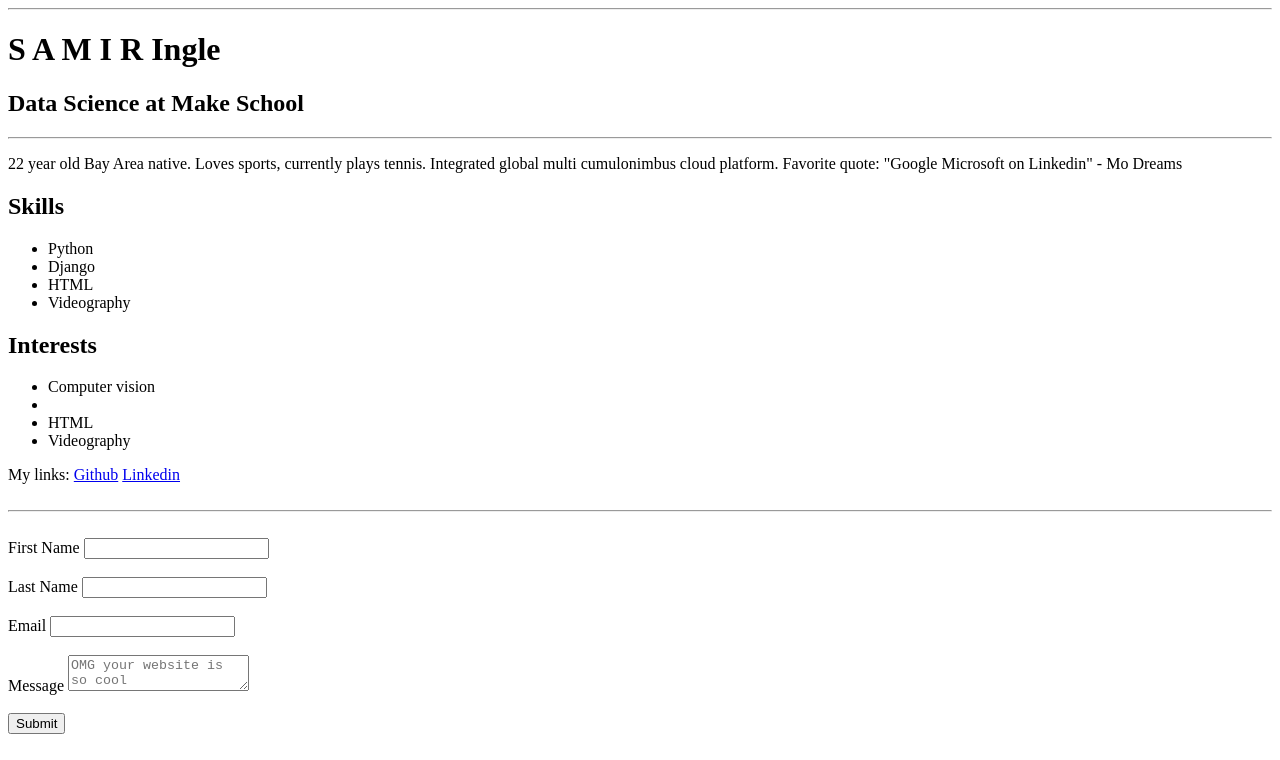
Repository: SamirIngley/html-semantic
Page: index.html
These files come from the project's save history. The page is drawn as it stood at one moment and after the next save; the edit follows.
The browser window is 1280 px wide. The pictures show the whole page.

Above is the page before, as saved 2020-01-22 23:28:16.

### index.html
<!-- Name and Tag Line
List of your skills
About you section
Short but not too short. Tells us what you want us to know about you.
Can include your education and other experience
Include a picture (mark this up with the figure tag)
Online presence, include links to:
LinkedIn
GitHub
Other social media Instagram, FB, etc.'  -->

<!--
article, section
nav, main
footer, header *
h1-6, hgroup
ul, li -->

<!--
<header> - Defines a header for a document or a section
<nav> - Defines a container for navigation links
<section> - Defines a section in a document
<article> - Defines an independent self-contained article
<aside> - Defines content aside from the content (like a sidebar)
<footer> - Defines a footer for a document or a section
<details> - Defines additional details
<summary> - Defines a heading for the <details> element

header -> navbar, main, footer-->


<!DOCTYPE html>
<html>
    <head>
        <title>SAMIR</title>
    </head>
    <body>
        <header>
            <nav>

            </nav>

        </header>

        <main>

        </main>

        <hr>
        <h1>S A M I R Ingle</h1>
        <h2><b>Data Science</b> at Make School</h2>
        <hr>

        <article>
            <p>
            22 year old Bay Area native.

            Loves sports, currently plays tennis.


            Integrated global multi cumulonimbus cloud platform.

            Favorite quote:
            "Google Microsoft on Linkedin"
            - Mo Dreams

            </p>
        </article>

        <article>
            <h2>Skills</h2>
            <ul>
                <li>Python</li>
                <li>Django</li>
                <li>HTML</li>
                <li>Videography</li>
            </ul>
        </article>

        <article>
            <h2>Interests</h2>
            <ul>
                <li>Computer vision</li>
                <li></li>
                <li>HTML</li>
                <li>Videography</li>
            </ul>
        </article>

        <footer>
            My links:
            <a href="https://github.com/SamirIngley" target="_blank">Github</a>
            <a href="https://www.linkedin.com/in/samiringle/" target="_blank">Linkedin</a>
        </footer>

        <br>
        <hr>
        <br>

        <form action="process.php" method="POST">
            <div>
                <label>First Name</label>
                <input type="text" name="firstName">
            </div>
            <br>
            <div>
                <label>Last Name</label>
                <input type="text" name="lastName">
            </div>
            <br>
            <div>
                <label>Email</label>
                <input type="email" name="email">
            </div>
            <br>
            <div>
                <label>Message</label>
                <textarea name="message" placeholder="OMG your website is so cool"></textarea>
            </div>
            <br>
                <input type="submit" name="submit" value="Submit">
        </form>
        <br>

    </body>
</html>

After the next save:
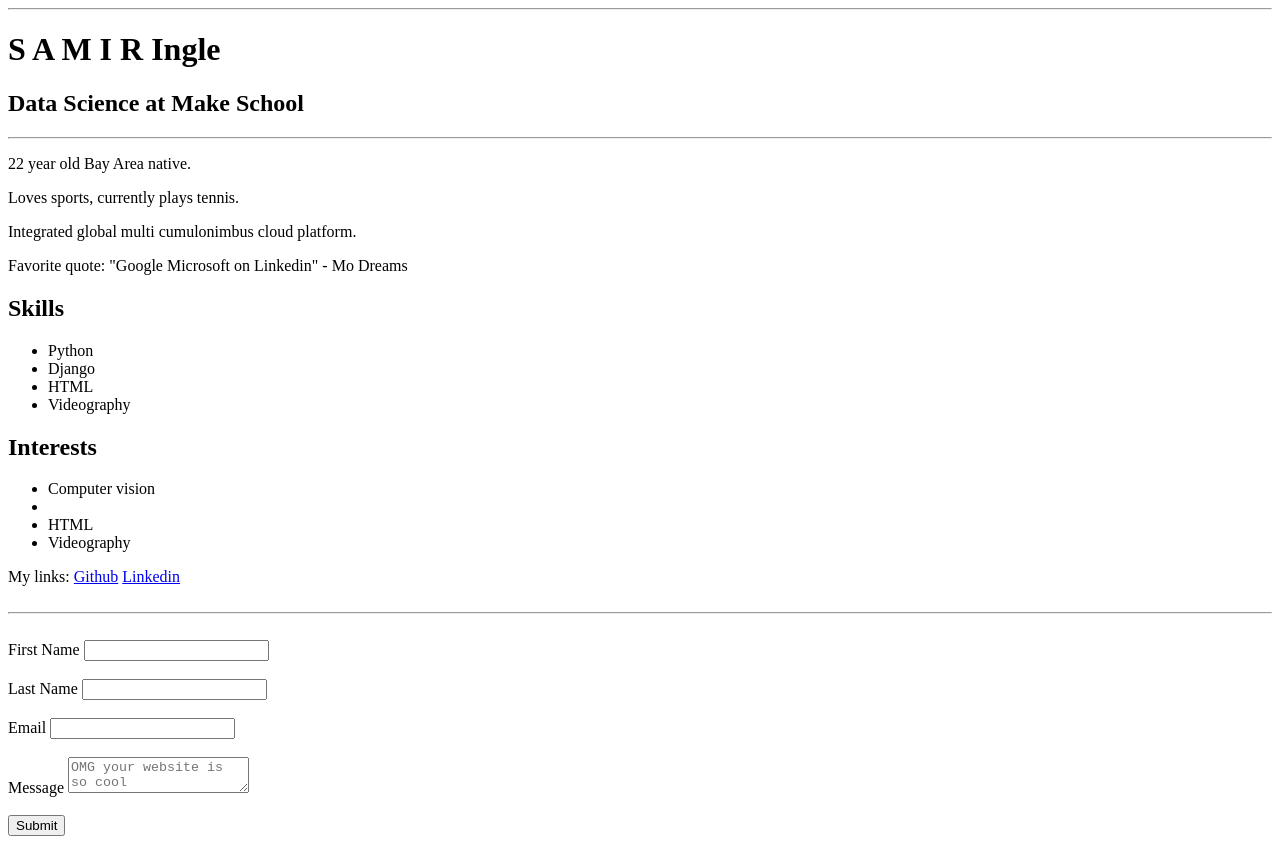
Saved 2 min 28 s later.
--- a/index.html
+++ b/index.html
@@ -54,16 +54,17 @@ header -> navbar, main, footer-->
         <article>
             <p>
             22 year old Bay Area native.
-
+            </p>
+            <p>
             Loves sports, currently plays tennis.
-
-
+            </p>
+             <p>
             Integrated global multi cumulonimbus cloud platform.
-
+            </p>
+            <p>
             Favorite quote:
             "Google Microsoft on Linkedin"
             - Mo Dreams
-
             </p>
         </article>
 
